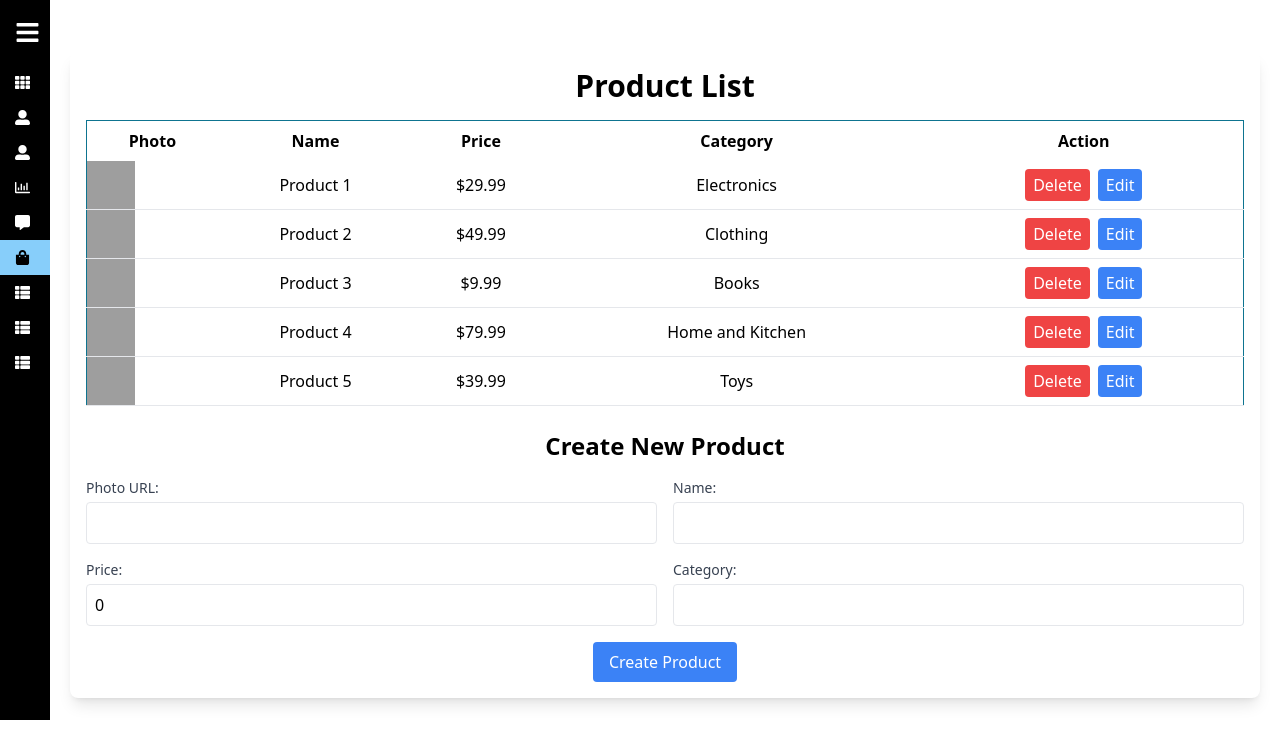
Repository: AndargWorku12/admin-dashboard
Page: /product
These files come from the project's save history. The page is drawn as it stood at one moment and after the next save; the edit follows.
The browser window is 1280 px wide. The pictures show the whole page.
Pictures or frames that could not be fetched are drawn as grey boxes. The project was rebuilt for these pictures with package versions that can differ from the ones it lists, and the page was loaded fresh each time. Also part of the build but not shown: src/pages/Dashboard.tsx, src/pages/Orders.tsx, src/style/category.css, src/pages/Category.tsx, src/pages/Login.tsx, src/pages/Analytics.tsx, src/pages/CustemerReview.tsx, src/pages/ShopCard.tsx and 1 more.

Above is the page before, as saved 2024-01-25 03:47:22.

### src/index.tsx
import { ColorModeScript } from "@chakra-ui/react"
import * as React from "react"
import * as ReactDOM from "react-dom/client"
import App from "./App"
import './index.css'

const container = document.getElementById("root")
if (!container) throw new Error('Failed to find the root element');
const root = ReactDOM.createRoot(container)

root.render(

  <React.StrictMode>
    <ColorModeScript />
    <App />
  </React.StrictMode>,

)

### src/App.tsx

import React, {useState} from 'react';
import { BrowserRouter, Route, Routes } from 'react-router-dom';
import Sidebar from './components/Sidebar';
import Dashboard from './pages/Dashboard';
// import SignUpForm from './pages/LoginPopup'
import Orders from './pages/Orders';
import Category from './pages/Category';
import Login from './pages/Login'
import Analytics from './pages/Analytics';
import CustemerReview from './pages/CustemerReview';
import ProductList from './pages/ProductList';
import ShopCard from './pages/ShopCard';
import './App.css'
import SignUpForm from './pages/SignUpForm';




type SaleData = {
  date: string;
  amount: number;
};

type RevenueData = {
  month: string;
  revenue: number;
};

type Product = {
    id: string;
    photo: string;
    name: string;
    price: number;
    category: string;
};

type Order = {
  id: string;
  product: Product;
  quantity: number;
  totalPrice: number;
};

type CategoryType = {
  id: string;
  name: string;
};



// Sample props for components
type DashboardProps = {
  saleData: SaleData[];
  revenueData: RevenueData[];
  // ... other props
};

type AnalyticsProps = {
  salesData: SaleData[];
  // ... other props
};

type ProductProps = {
  products: Product[];
  onUpdate: (productId: string, updatedProduct: Product) => void;

};




type OrderProps = {
  orders: Order[];
  // ... other props
};

type CategoryProps = {
  categories: CategoryType[];
  // ... other props
};







const App: React.FC = () => {


// for the product page to handle
  const [products, setProducts] = useState<Product[]>([


    {
      id: '1',
      photo: 'https://img.ltwebstatic.com/images3_pi/2022/01/10/16417919016a32607182dd11dedeb77e8324b683e8_thumbnail_900x.webp',
      name: 'Product 1',
      price: 29.99,
      category: 'Electronics',
    },
    {
      id: '2',
      photo: 'https://img.ltwebstatic.com/images3_pi/2022/01/10/16417919016a32607182dd11dedeb77e8324b683e8_thumbnail_900x.webp',
      name: 'Product 2',
      price: 49.99,
      category: 'Clothing',
    },
    {
      id: '3',
      photo: 'https://img.ltwebstatic.com/images3_pi/2022/01/10/16417919016a32607182dd11dedeb77e8324b683e8_thumbnail_900x.webp',
      name: 'Product 3',
      price: 9.99,
      category: 'Books',
    },
    {
      id: '4',
      photo: 'https://img.ltwebstatic.com/images3_pi/2022/01/10/16417919016a32607182dd11dedeb77e8324b683e8_thumbnail_900x.webp',
      name: 'Product 4',
      price: 79.99,
      category: 'Home and Kitchen',
    },
    {
      id: '5',
      photo: 'https://img.ltwebstatic.com/images3_pi/2022/01/10/16417919016a32607182dd11dedeb77e8324b683e8_thumbnail_900x.webp',
      name: 'Product 5',
      price: 39.99,
      category: 'Toys',
    },



  ]);

  // Function to handle creating a new product
  const handleCreate = (newProduct: Product) => {
    setProducts((prevProducts) => [...prevProducts, newProduct]);
  };

  // Function to handle updating a product

  const handleUpdate = (productId: string, newName: string, newPrice: number) => {
    setProducts((prevProducts) =>
      prevProducts.map((product) =>
        product.id === productId
          ? { ...product, name: newName, price: newPrice }
          : product
      )
    );
  };



  // Function to handle deleting a product
  const handleDelete = (productId: string) => {
    setProducts((prevProducts) => prevProducts.filter((product) => product.id !== productId));
  };


// for category page


const [categories, setCategories] = useState<CategoryType[]>([
  { id: '1', name: 'Category 1' },
  { id: '2', name: 'Category 2' },
  { id: '3', name: 'Category 3' },
  { id: '4', name: 'Category 4' },
  { id: '5', name: 'Category 5' },
  { id: '6', name: 'Category 6' },
  { id: '7', name: 'Category 7' },
  { id: '8', name: 'Category 8' },
  { id: '9', name: 'Category 9' },
  { id: '10', name: 'Category 10' },

]);

// Function to handle creating a new category
const handleCreateCategory = (newCategory: CategoryType) => {
  setCategories((prevCategories) => [...prevCategories, newCategory]);
};

const handleUpdateCategory = (categoryId: string, newName: string) => {
  setCategories((prevCategories) =>
    prevCategories.map((category) =>
      category.id === categoryId ? { ...category, name: newName } : category
    )
  );
};

// Function to handle deleting a category
const handleDeleteCategory = (categoryId: string) => {
  setCategories((prevCategories) => prevCategories.filter((category) => category.id !== categoryId));
};

  const saleData: SaleData[] = [
    { date: '2022-01-01', amount: 100 },
    { date: '2022-01-02', amount: 150 },
    { date: '2022-01-03', amount: 200 },
    { date: '2022-01-04', amount: 120 },
    { date: '2022-01-05', amount: 180 },
    { date: '2022-01-06', amount: 90 },
    { date: '2022-01-07', amount: 110 },
    { date: '2022-01-08', amount: 130 },
    { date: '2022-01-09', amount: 170 },
    { date: '2022-01-10', amount: 160 },
  ];

  const revenueData: RevenueData[] = [
    { month: 'January', revenue: 500 },
    { month: 'February', revenue: 700 },
    { month: 'March', revenue: 600 },
    { month: 'April', revenue: 800 },
    { month: 'May', revenue: 900 },
    { month: 'June', revenue: 750 },
    { month: 'July', revenue: 850 },
    { month: 'August', revenue: 950 },
    { month: 'September', revenue: 700 },
    { month: 'October', revenue: 850 },
  ];


   const [orders, setOrders] = useState<Order[]>([
    { id: '1', product: products[0], quantity: 2, totalPrice: 234 },
    { id: '2', product: products[2], quantity: 1, totalPrice: 234 },
    { id: '3', product: products[4], quantity: 3, totalPrice: 234 },
    { id: '4', product: products[6], quantity: 2, totalPrice: 234 },
    { id: '5', product: products[8], quantity: 1, totalPrice: 234 },
    { id: '6', product: products[1], quantity: 2, totalPrice: 234 },
    { id: '7', product: products[3], quantity: 3, totalPrice: 234 },
    { id: '8', product: products[5], quantity: 1, totalPrice: 234 },
    { id: '9', product: products[7], quantity: 2, totalPrice: 234 },
    { id: '10', product: products[9], quantity: 1, totalPrice: 234 },

   ]);

  // Function to create a new order
  const handleCreateOrder = (newOrder: Order) => {
    setOrders((prevOrders) => [...prevOrders, newOrder]);
  };

  // Function to delete an order
  const handleDeleteOrder = (orderId: string) => {
    const updatedOrders = orders.filter(order => order.id !== orderId);
    setOrders(updatedOrders);
  };

  // Function to update an order
  const handleUpdateOrder = (orderId: string, updatedOrder: Order) => {
    // Placeholder implementation: Updating the order in the list
    setOrders((prevOrders) =>
      prevOrders.map((order) =>
        order.id === orderId ? { ...order, ...updatedOrder } : order
      )
    );
  };

  return (
    <BrowserRouter>
    <Sidebar>
      <Routes>
        <Route path="/" element={<Dashboard saleData={saleData} revenueData={revenueData} />} />
        <Route path="/dashboard" element={<Dashboard saleData={saleData} revenueData={revenueData} />} />
       <Route path="/login" element={<Login/>}/>
        <Route path="/signup" element={<SignUpForm />} />
        <Route path="/review"element={<CustemerReview username="John" joinedDate="2022-01-01" reviewDate="2022-01-15" reviewText="Lorem ipsum" />}
/>

        <Route path="/analytics" element={<Analytics saleData={saleData} />} />
        <Route
  path="/product"
  element={<ProductList products={products} onCreate={handleCreate} onDelete={handleDelete} onUpdate={handleUpdate} />}
/>
        <Route path="/shop" element={<ShopCard />} />
        <Route
        path="/orders"
        element={
          <Orders
            orders={orders}
            onCreateOrder={handleCreateOrder}
            onDeleteOrder={handleDeleteOrder}
            onUpdateOrder={handleUpdateOrder}
          />
        }
      />

        <Route
            path="/category"
            element={<Category categories={categories} onCreate={handleCreateCategory} onDelete={handleDeleteCategory} onUpdate={handleUpdateCategory} />}
          />

      </Routes>
    </Sidebar>
  </BrowserRouter>
  );
};

export default App;

### src/components/Sidebar.tsx
import React, { useState } from 'react';
import ReactNode from "react";
import {
    FaTh,
    FaBars,
    FaUserAlt,
    FaRegChartBar,
    FaCommentAlt,
    FaShoppingBag,
    FaThList
} from 'react-icons/fa';
import { NavLink, NavLinkProps } from 'react-router-dom';



interface MenuItem {
    path: string;
    name: string;
    icon: JSX.Element;
}

interface SidebarProps {
  children: React.ReactNode;
}
    const Sidebar: React.FC<React.PropsWithChildren<{}>> = ({ children }) => {
    const [isOpen, setIsOpen] = useState(false);

    const toggle = () => setIsOpen(!isOpen);

    const menuItems: MenuItem[] = [
        {
            path: '/',
            name: 'Dashboard',
            icon: <FaTh />,
        },
        {
            path: '/login',
            name: 'Login',
            icon: <FaUserAlt />,
        },
        {
          path: '/signup',
          name: 'Register form',
          icon: <FaUserAlt />,
      },
        {
            path: '/analytics',
            name: 'Analytics',
            icon: <FaRegChartBar />,
        },
        {
            path: '/review',
            name: 'CustemerReview',
            icon: <FaCommentAlt />,
        },
        {
            path: '/product',
            name: 'Product',
            icon: <FaShoppingBag />,
        },
        {
            path: '/category',
            name: 'Category List',
            icon: <FaThList />,
        },
        {
          path: '/orders',
          name: 'Orders',
          icon: <FaThList />,
      },
      {
        path: '/shop',
        name: 'Sample product',
        icon: <FaThList />,
    },
    ];

    return (
        <div className="container">
            <div style={{ width: isOpen ? '200px' : '50px' }} className="sidebar">
                <div className="top_section">
                    <h1 style={{ display: isOpen ? 'block' : 'none' }} className="logo">
                        Logo
                    </h1>
                    <div style={{ marginLeft: isOpen ? '50px' : '0px' }} className="bars">
                        <FaBars onClick={toggle} />
                    </div>
                </div>
                {menuItems.map((item, index) => (
                    <NavLink to={item.path} key={index} className="link"
                    //  activeClassName="active"
                     >
                        <div className="icon">{item.icon}</div>
                        <div style={{ display: isOpen ? 'block' : 'none' }} className="link_text text-sm">
                            {item.name}
                        </div>
                    </NavLink>
                ))}
            </div>
            <main>{children}</main>
        </div>
    );
};

export default Sidebar;

### src/pages/ProductList.tsx
import React, { useState } from 'react';

interface Product {
  id: string;
  photo: string;
  name: string;
  price: number;
  category: string;
}

interface ProductListProps {
  products: Product[];
  onCreate: (newProduct: Omit<Product, 'id'> & { id?: string }) => void;
  onDelete: (productId: string) => void;
  onUpdate: (productId: string, newName: string, newPrice: number) => void;
}

const ProductList: React.FC<ProductListProps> = ({ products, onCreate, onDelete, onUpdate }) => {
  const [newProduct, setNewProduct] = useState<Omit<Product, 'id'> & { id?: string }>({
    photo: '',
    name: '',
    price: 0,
    category: '',
  });
  const [editingProduct, setEditingProduct] = useState<Product | null>(null);

  const handleCreateProduct = () => {
    onCreate({ ...newProduct, id: Date.now().toString() });
    setNewProduct({
      photo: '',
      name: '',
      price: 0,
      category: '',
    });
  };

  const handleUpdateProduct = () => {
    if (editingProduct) {
      onUpdate(editingProduct.id, editingProduct.name, editingProduct.price);
      setEditingProduct(null);
    }
  };

  const handleDeleteProduct = (id: string) => {
    onDelete(id);
  };

  const handleEditProduct = (product: Product) => {
    setEditingProduct(product);
  };

  return (
    <div className="container mx-auto my-8 p-4 bg-white shadow-lg rounded-lg block gap-64 text-center">
      <h2 className="text-3xl font-bold mb-4">Product List</h2>
      <table className="w-full border border-cyan-700">
        <thead>
          <tr>
            <th className="py-2">Photo</th>
            <th className="py-2">Name</th>
            <th className="py-2">Price</th>
            <th className="py-2">Category</th>
            <th className="py-2">Action</th>
          </tr>
        </thead>
        <tbody>
          {products.map((product) => (
            <tr key={product.id} className="border-b">
              <td>
                <img src={product.photo} alt={product.name} className="w-12 h-12 object-cover" />
              </td>
              <td className="py-2">{product.name}</td>
              <td className="py-2">${product.price.toFixed(2)}</td>
              <td className="py-2">{product.category}</td>
              <td className="py-2">
                <button
                  onClick={() => handleDeleteProduct(product.id)}
                  className="bg-red-500 text-white px-2 py-1 rounded mr-2"
                >
                  Delete
                </button>
                <button
                  onClick={() => handleEditProduct(product)}
                  className="bg-blue-500 text-white px-2 py-1 rounded"
                >
                  Edit
                </button>
              </td>
            </tr>
          ))}
        </tbody>
      </table>

      <h2 className="text-2xl font-bold mt-6 mb-4">
        {editingProduct ? 'Edit Product' : 'Create New Product'}
      </h2>
      <div className="grid grid-cols-2 gap-4 text-start">
        <div>
          <label htmlFor="productPhoto" className="block text-sm font-medium text-gray-700">
            Photo URL:
          </label>
          <input
            type="text"
            id="productPhoto"
            value={editingProduct ? editingProduct.photo : newProduct.photo}
            onChange={(e) =>
              editingProduct
                ? setEditingProduct({ ...editingProduct, photo: e.target.value })
                : setNewProduct({ ...newProduct, photo: e.target.value })
            }
            className="mt-1 p-2 border rounded w-full"
          />
        </div>
        <div>
          <label htmlFor="productName" className="block text-sm font-medium text-gray-700">
            Name:
          </label>
          <input
            type="text"
            id="productName"
            value={editingProduct ? editingProduct.name : newProduct.name}
            onChange={(e) =>
              editingProduct
                ? setEditingProduct({ ...editingProduct, name: e.target.value })
                : setNewProduct({ ...newProduct, name: e.target.value })
            }
            className="mt-1 p-2 border rounded w-full"
          />
        </div>
        <div>
          <label htmlFor="productPrice" className="block text-sm font-medium text-gray-700">
            Price:
          </label>
          <input
            type="number"
            id="productPrice"
            value={editingProduct ? editingProduct.price : newProduct.price}
            onChange={(e) =>
              editingProduct
                ? setEditingProduct({ ...editingProduct, price: +e.target.value })
                : setNewProduct({ ...newProduct, price: +e.target.value })
            }
            className="mt-1 p-2 border rounded w-full"
          />
        </div>
        <div>
          <label htmlFor="productCategory" className="block text-sm font-medium text-gray-700">
            Category:
          </label>
          <input
            type="text"
            id="productCategory"
            value={editingProduct ? editingProduct.category : newProduct.category}
            onChange={(e) =>
              editingProduct
                ? setEditingProduct({ ...editingProduct, category: e.target.value })
                : setNewProduct({ ...newProduct, category: e.target.value })
            }
            className="mt-1 p-2 border rounded w-full"
          />
        </div>
      </div>
      <button
        onClick={editingProduct ? handleUpdateProduct : handleCreateProduct}
        className="mt-4 bg-blue-500 text-white px-4 py-2 rounded"
      >
        {editingProduct ? 'Update Product' : 'Create Product'}
      </button>
    </div>
  );
};

export default ProductList;

### src/App.css
* {
    margin: 0;
    padding: 0;
    text-decoration: none;
}

.container {
    display: flex;
}

main {
    width: 100%;
    padding: 20px;
}

.sidebar {
    background: #000;
    color: #fff;
    height: 100vh;
    width: 200px;
    transition: all 0.5s;
}

.top_section {
    display: flex;
    align-items: center;
    padding: 20px 15px;
}

.logo {
    font-size: 30px;
}

.bars {
    display: flex;
    font-size: 25px;
    margin-left: 50px;
}

.link {
    display: flex;
    color: #fff;
    padding: 10px 15px;
    gap: 15px;
    transition: all 0.5s;
}

.link:hover {
    background: lightskyblue;
    color: #000;
    transition: all 0.5s;
}

.active {
    background: lightskyblue;
    color: #000;
}

.icon,
.link_text {
    font-size: 15px;
}

Loaded but not shown: public/index.html (common file); src/index.css (common file); tailwind.config.js (common file)

After the next save:
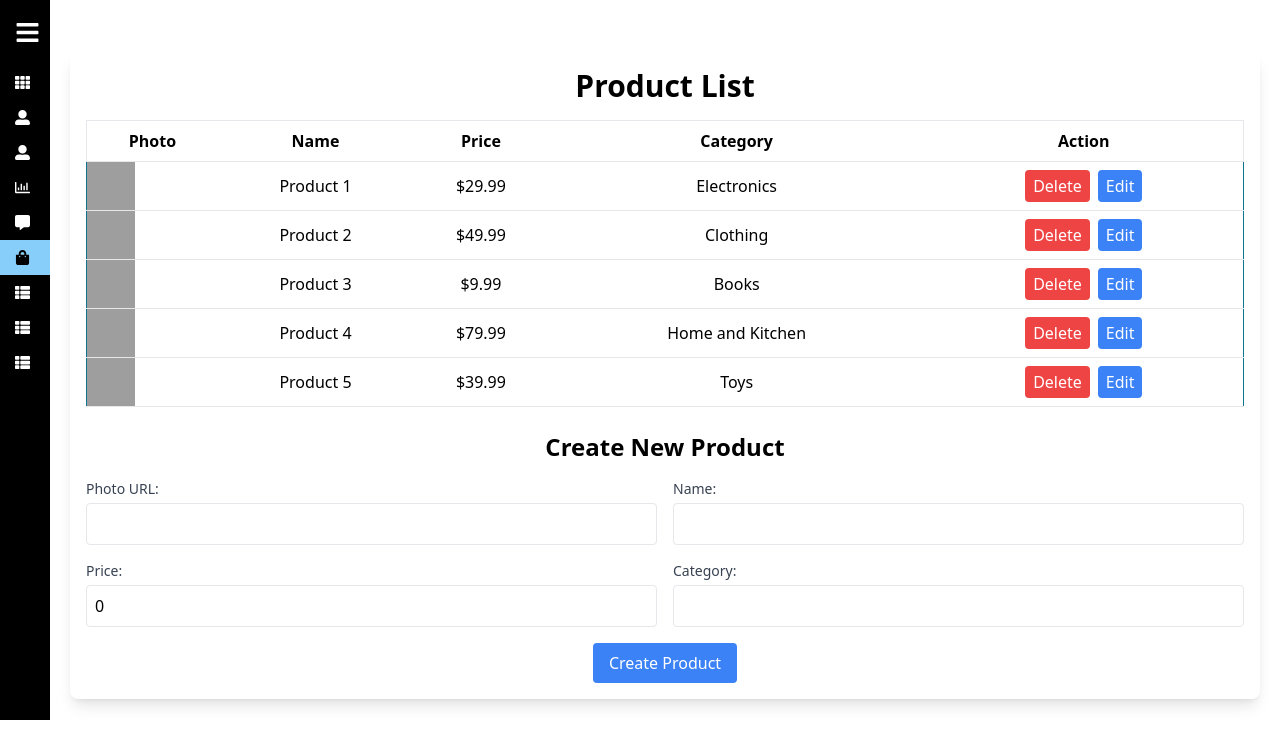
Saved 2 min 3 s later.
--- a/src/pages/ProductList.tsx
+++ b/src/pages/ProductList.tsx
@@ -54,7 +54,7 @@ const ProductList: React.FC<ProductListProps> = ({ products, onCreate, onDelete,
       <h2 className="text-3xl font-bold mb-4">Product List</h2>
       <table className="w-full border border-cyan-700">
         <thead>
-          <tr>
+          <tr className='border '>
             <th className="py-2">Photo</th>
             <th className="py-2">Name</th>
             <th className="py-2">Price</th>
